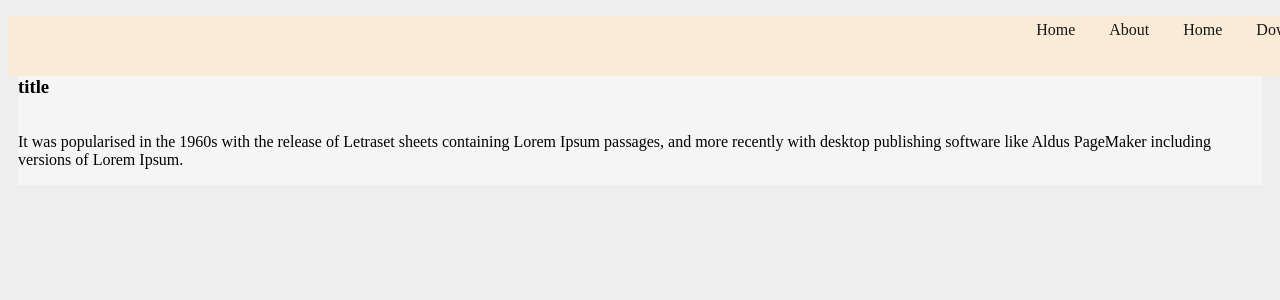
Repository: RafalSiuta/notiweb
Page: policy.html
These files come from the project's save history. The page is drawn as it stood at one moment and after the next save; the edit follows.
The browser window is 1280 px wide. The pictures show the whole page.

Above is the page before, as saved 2024-12-14 21:11:23.

After the next save:
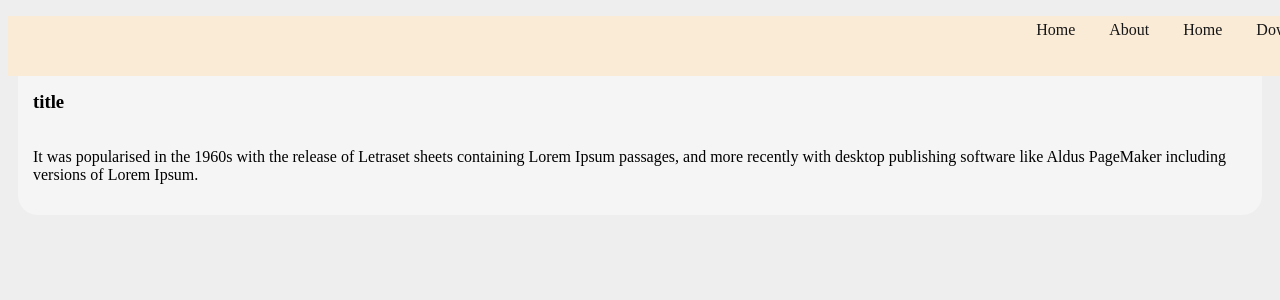
Saved 68 s later.
--- a/styles/styles.css
+++ b/styles/styles.css
@@ -73,4 +73,6 @@
     text-align: left;
     margin: 10px;
     background-color: #f5f5f5;
+    padding: 15px;
+    border-radius: 20px;
 }
